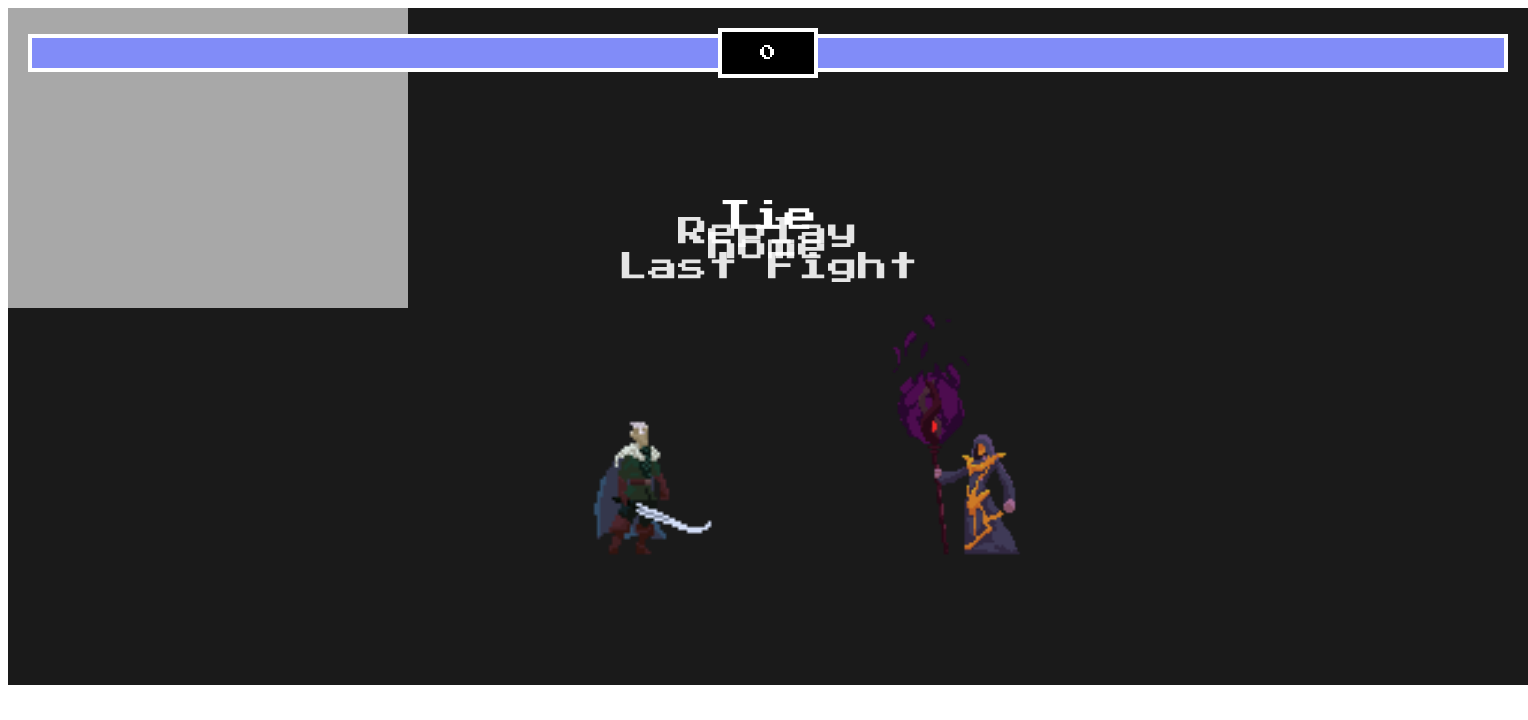
Repository: Gaurav31052/Fighting-game
Page: index.html
The author's editor kept a copy of each file at every save. The page is drawn from the files as they stood at one save, then again after the next save.
The browser window is 1280 px wide. The page is 1528 px wide, so the pictures cover 1528 px, including what lies to the right of the window. The pictures show the whole page.
Some web libraries are served in a nearby version.

Above is the page before, as saved 2024-05-30 22:22:15.

After the next save:
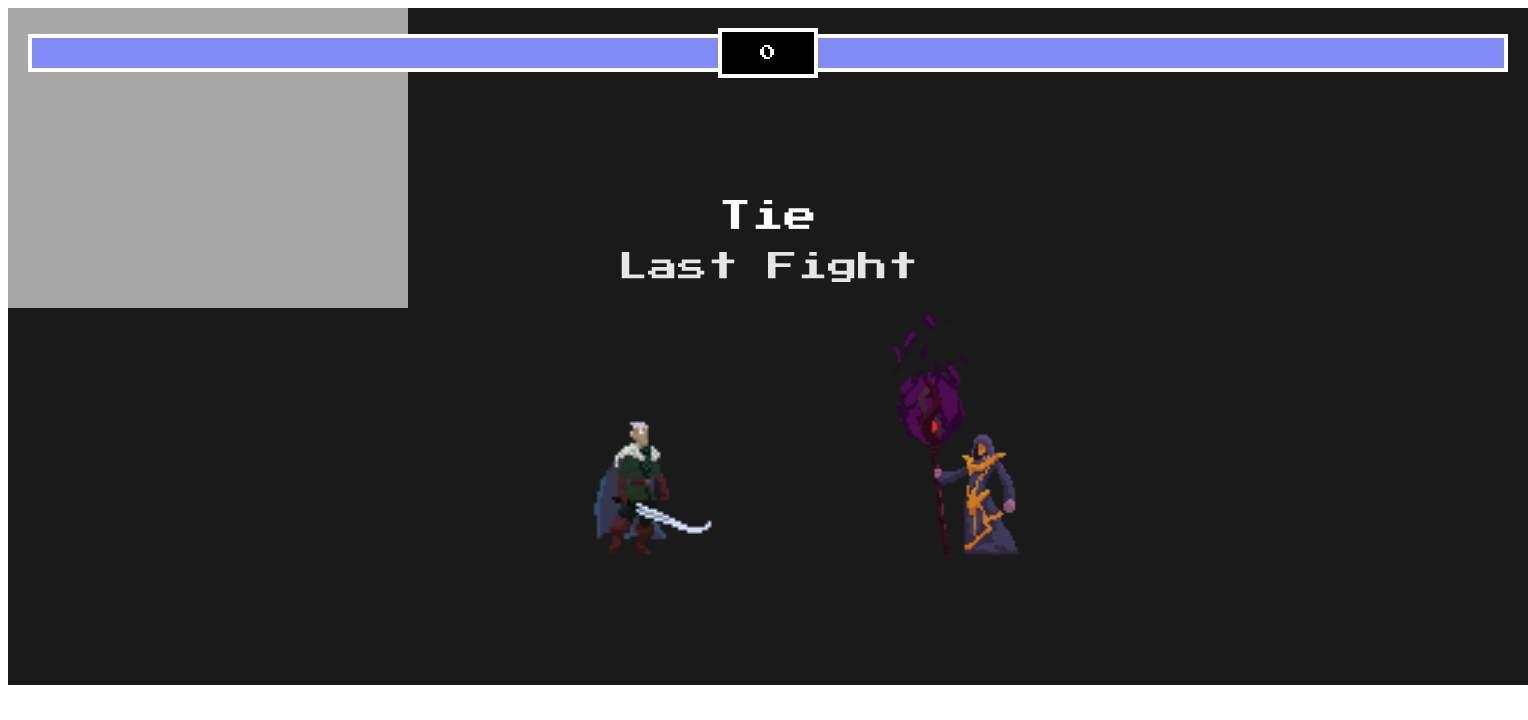
Saved 2 min 21 s later.
--- a/JS/utils.js
+++ b/JS/utils.js
@@ -6,7 +6,7 @@ function determineWinner({ player, enemy, timerId }) {
     clearTimeout(timerId)
     document.querySelector('#displayText').style.display = 'flex'
     document.querySelector('#displayText2').style.display = 'flex'
-    document.querySelector('#displayText3').style.display = 'flex'
+    // document.querySelector('#displayText3').style.display = 'flex'
     document.querySelector('#displayText4').style.display = 'flex'
     document.querySelector('#displayText5').style.display = 'flex'
     if (player.health === enemy.health) {
